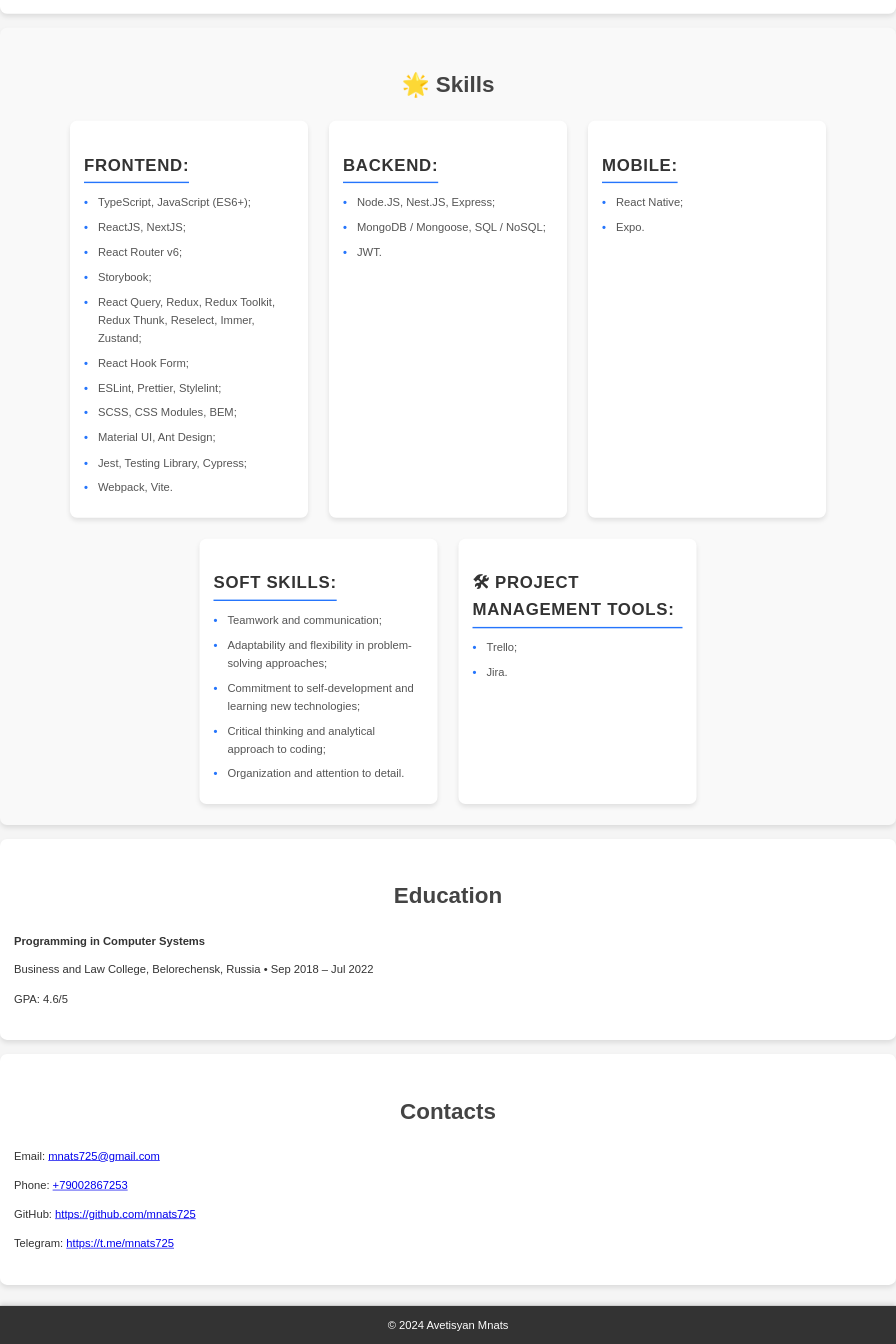
Repository: mnats725/mnats-cv
Page: index.html
These files come from the project's save history. The page is drawn as it stood at one moment and after the next save; the edit follows.
The browser window is 1280 px wide. The pictures show the part of the page from y = 1972 to 3892 px (the page is 3892 px tall before and 3851 px after), at 70% of full size.

Above is the page before, as saved 2024-12-14 05:22:16.

After the next save:
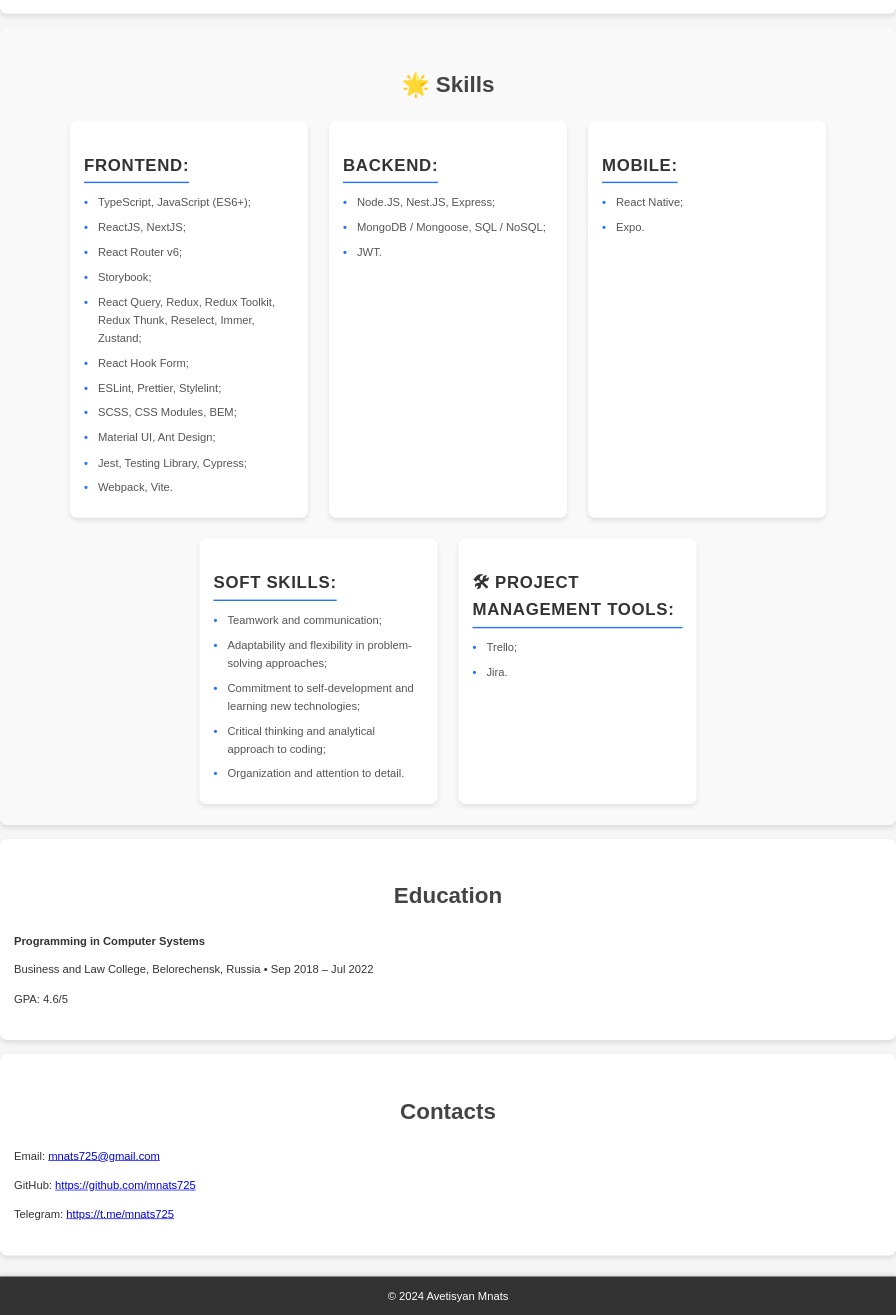
Saved 4 s later.
--- a/index.html
+++ b/index.html
@@ -272,7 +272,6 @@
           Email:
           <a href="mailto:mnats725@gmail.com">mnats725@gmail.com</a>
         </p>
-        <p>Phone: <a href="tel:+79002867253">+79002867253</a></p>
         <p>
           GitHub:
           <a href="https://github.com/mnats725" target="_blank"
